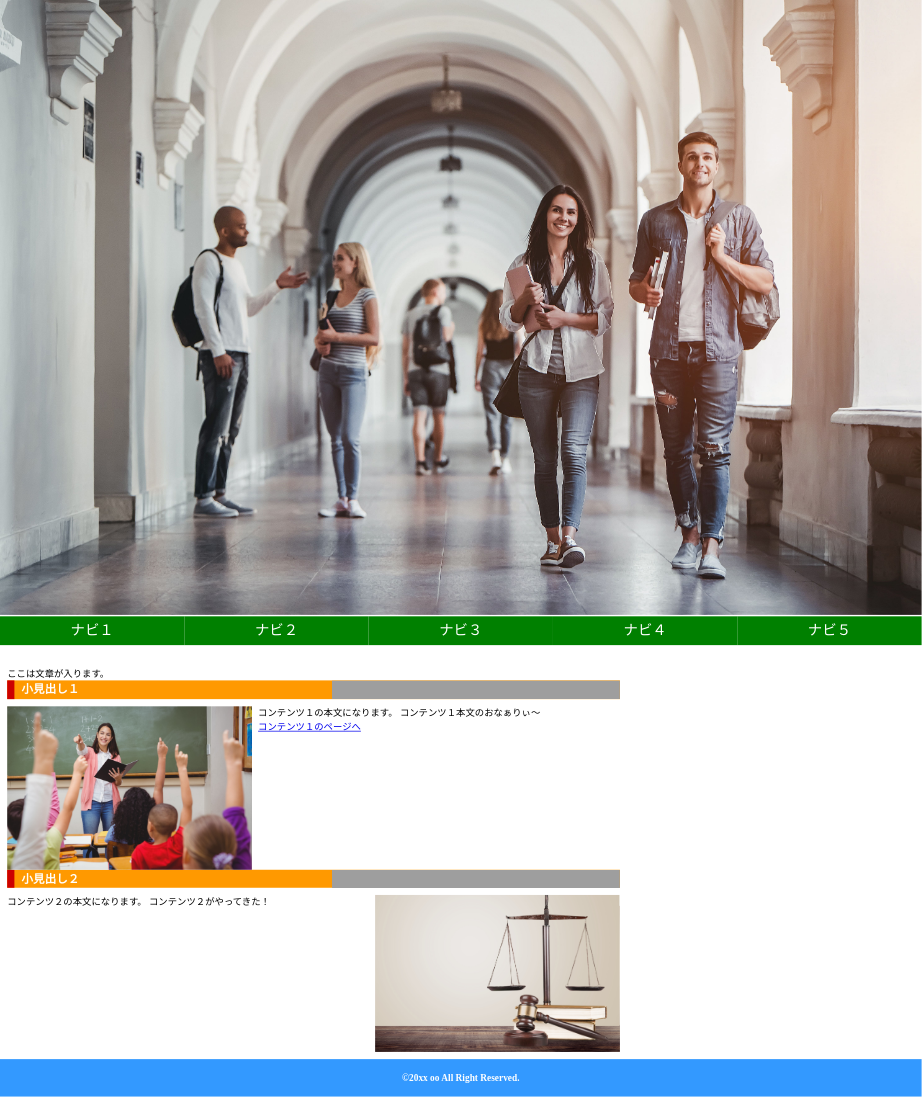
Repository: yumi3103/samurai_HTML-CSS1
Page: home.html
The author's editor kept a record of every edit. The page is drawn from the files as they stood at one moment, then again after the next edit.
The browser window is 1280 px wide. The pictures show the whole page, at 72% of full size.
Pictures or frames that could not be fetched are drawn as grey boxes.

Above is the page before.

After the next edit:
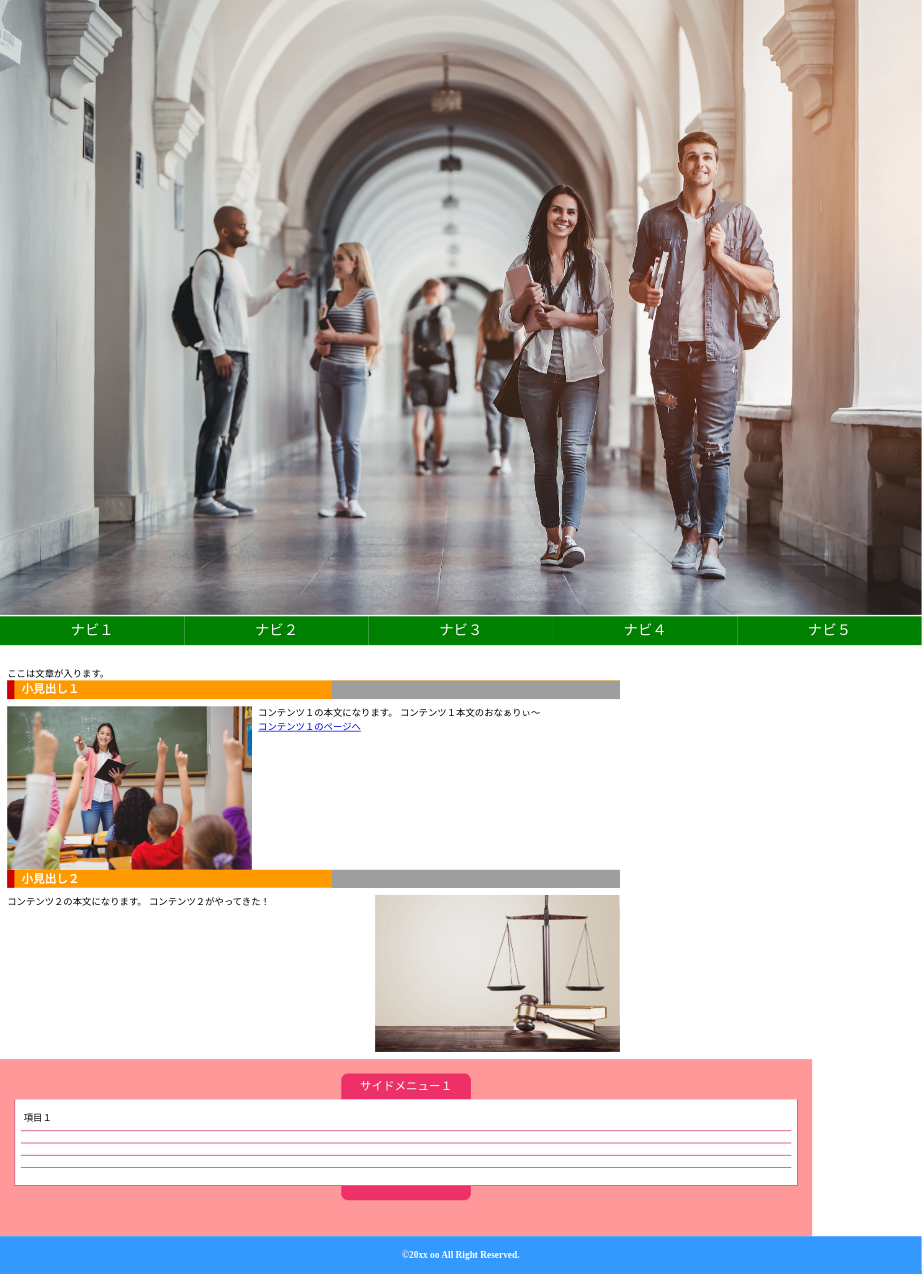
The edit:
--- a/home.html
+++ b/home.html
@@ -44,6 +44,19 @@
                </div>
            </div>
        </div>
+       <div id="side">
+           <div class="box">
+               <h2>サイドメニュー１</h2>
+               <div class="boxBody">
+                   <ul>
+                       <li>項目１</li>
+                       <li></li>
+                       <li></li>
+                       <li></li>
+                   </ul>
+               </div>
+           </div>
+       </div>
    </div>
    <div id="footer">
        <p>&copy;20xx oo All Right Reserved.</p>
